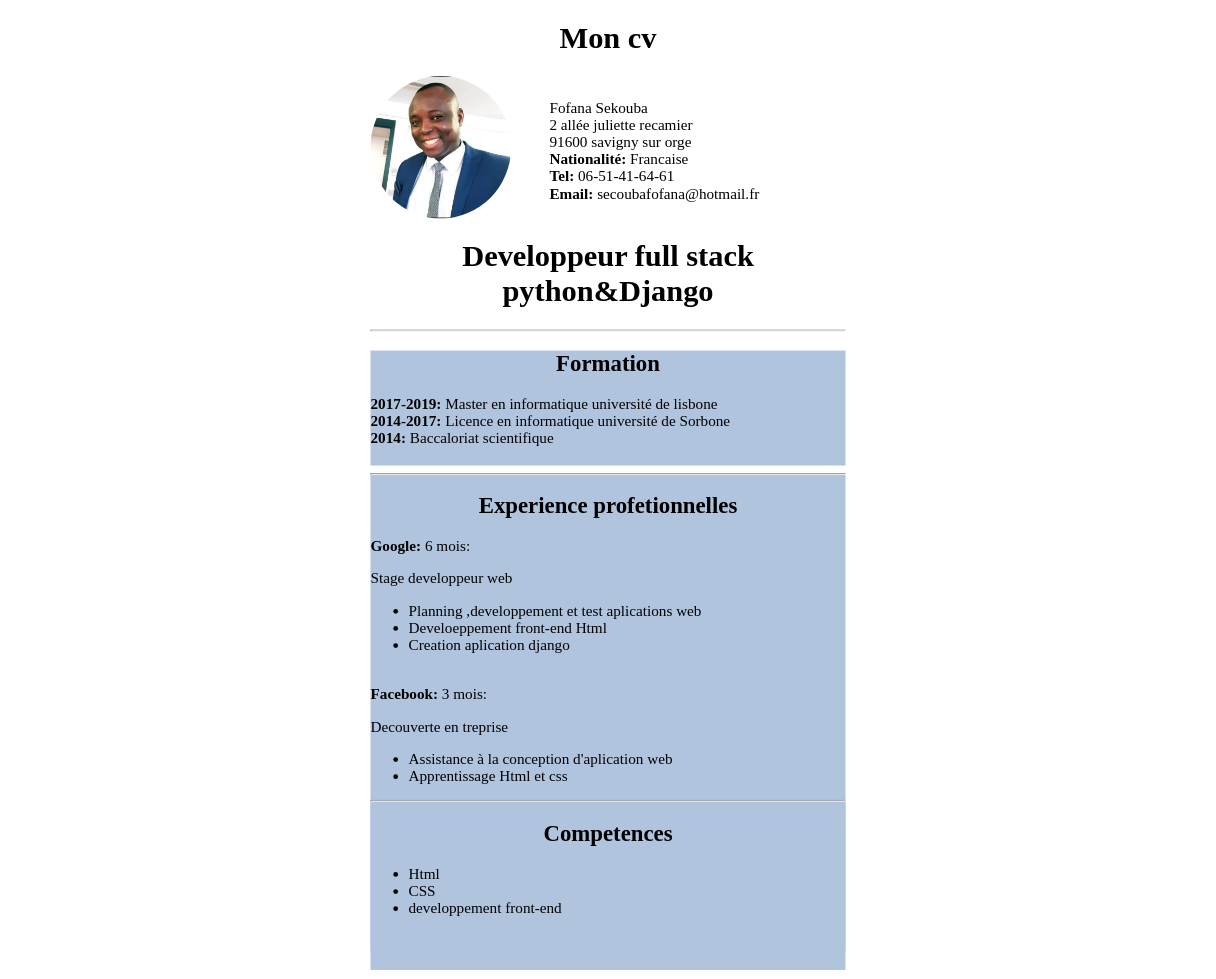
Repository: lamdakara/cv-html
Page: index.html
An editor plug-in stored every save of this project. The page is shown before and after the next save, followed by the edit.
The browser window is 1280 px wide. The pictures show the whole page, at 95% of full size.
Some web libraries are served in a nearby version.

Above is the page before, as saved 2023-08-26 14:21:24.

After the next save:
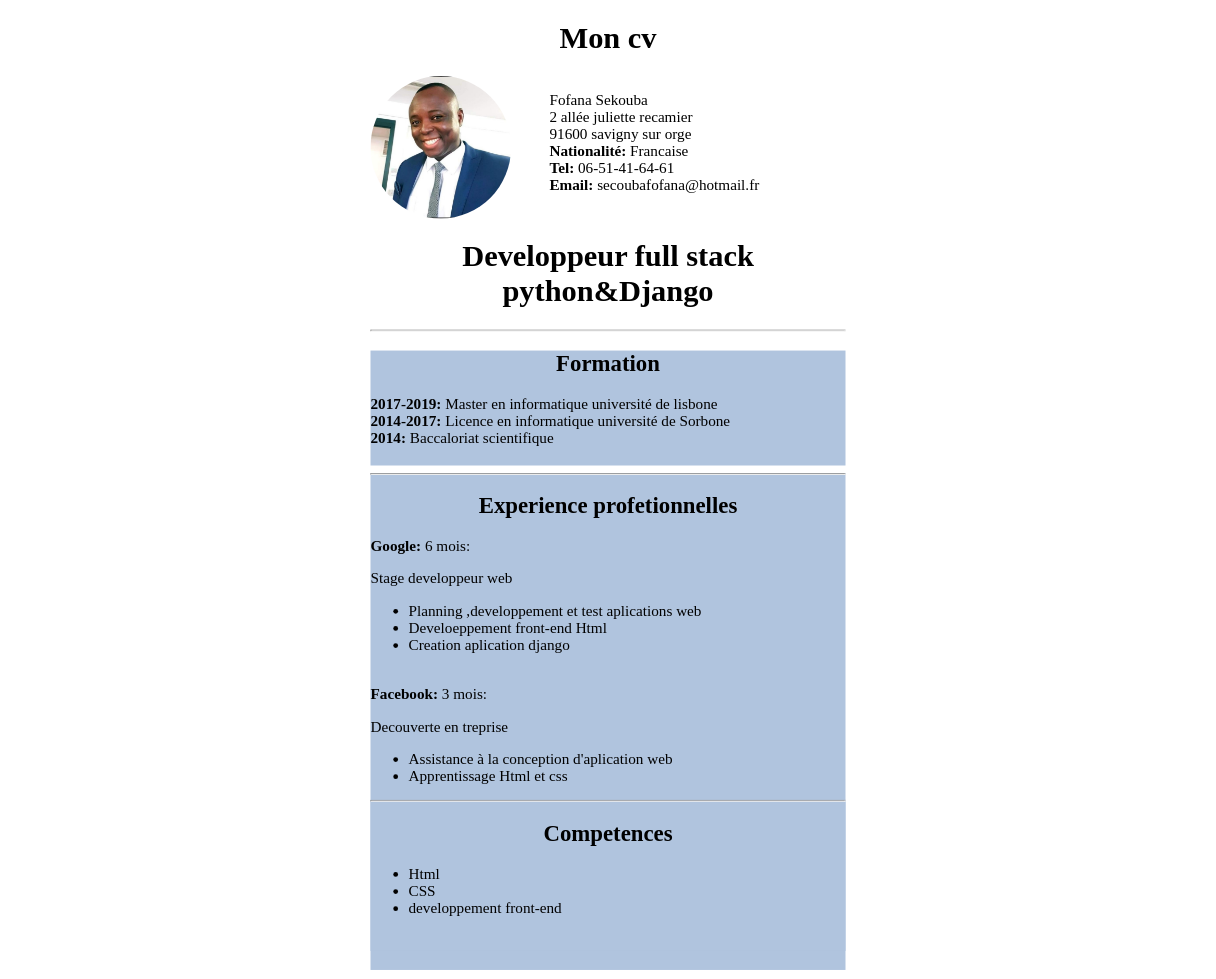
Saved 15 s later.
--- a/css/style.css
+++ b/css/style.css
@@ -18,7 +18,7 @@
     /*background-color: lightsalmon;*/
     float: left;
     list-style: none;
-    margin-top: 25px;
+
 }
 .cv-section{
     background-color: lightsteelblue;

After the save that followed:
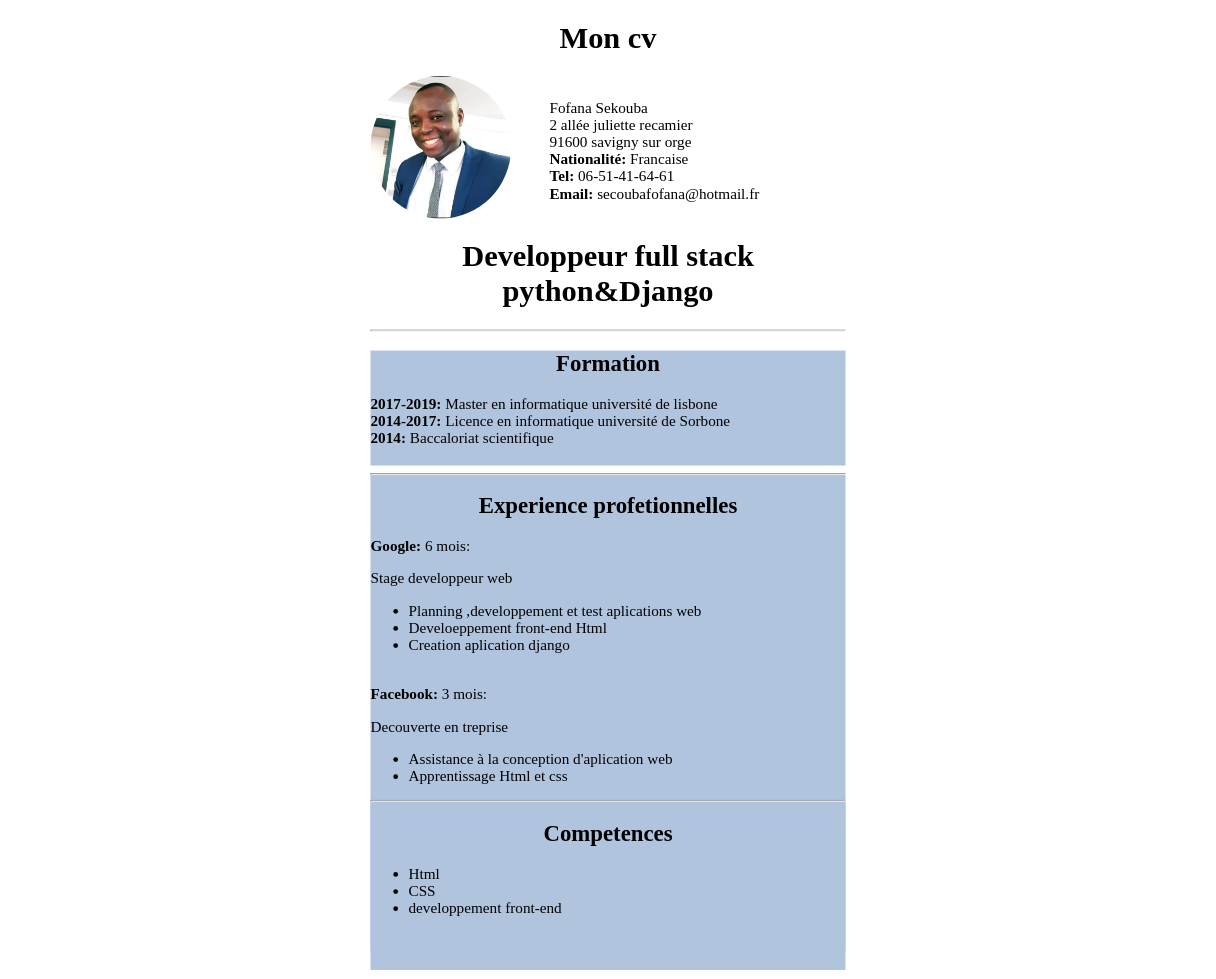
Saved 25 s later.
--- a/css/style.css
+++ b/css/style.css
@@ -18,7 +18,7 @@
     /*background-color: lightsalmon;*/
     float: left;
     list-style: none;
-
+    margin-top: 25px;
 }
 .cv-section{
     background-color: lightsteelblue;
